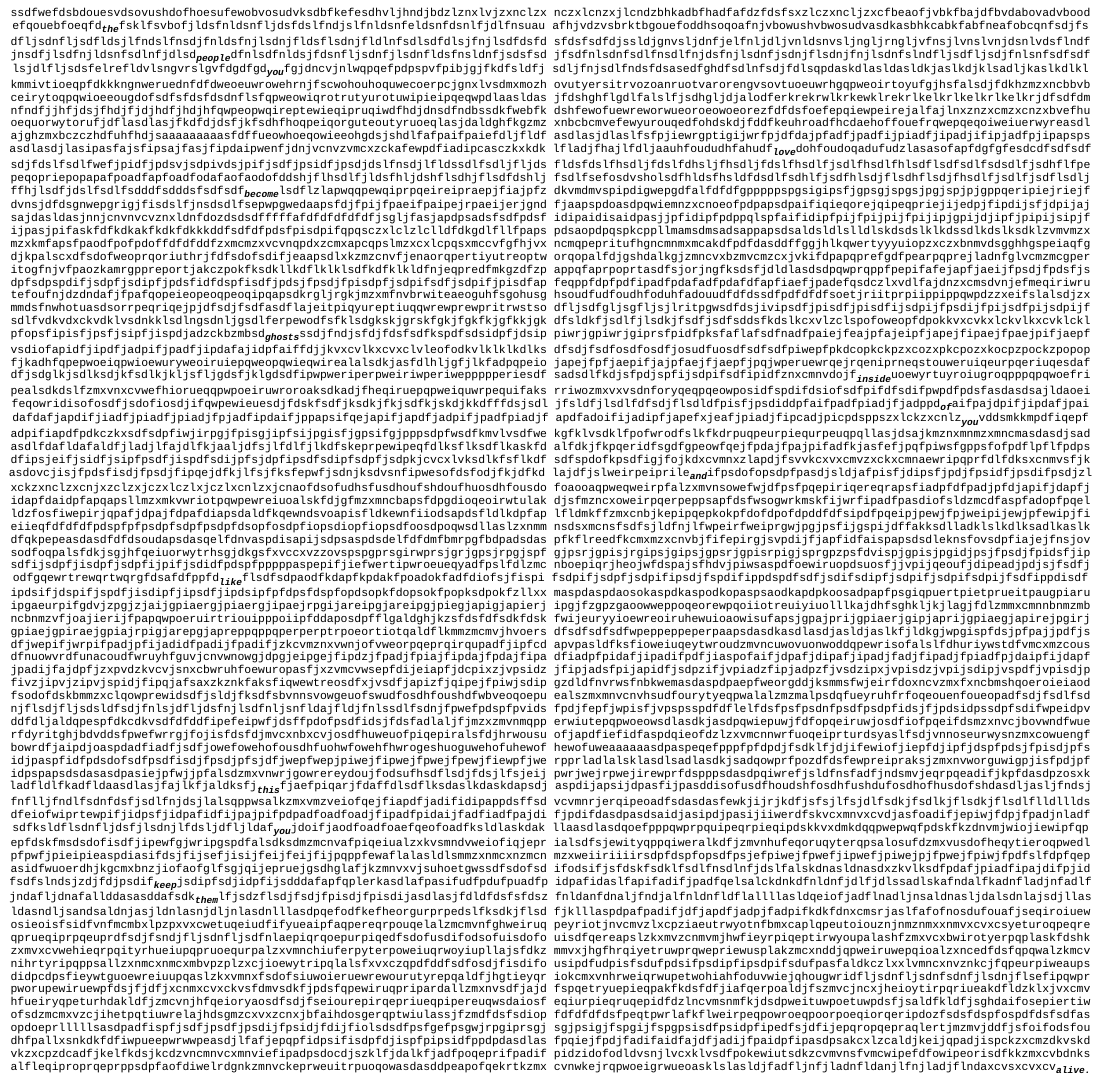
Repository: zhanj122/zhanj122.github.io
Page: composition/index2.html
The author's editor kept a record of every edit. The page is drawn from the files as they stood at one moment, then again after the next edit.
The browser window is 1280 px wide. The pictures show the whole page, at 86% of full size.

Above is the page before.

### composition/index2.html
<html>

  <p>
  <font face="courier">
  <center>

  <sup>
  ssdfwefdsbdouesvdsovushdofhoesufewobvosudvksdbfkefesdhvljhndjbdzlznxlvjzxnclzx
  nczxlcnzxjlcndzbhkadbfhadfafdzfdsfsxzlczxncljzxcfbeaofjvbkfbajdfbvdabovadvbood
  efqouebfoeqfd<sub><strong><em>the</em></strong></sub>fsklfsvbofjldsfnldsnfljdsfdslfndjslfnldsnfeldsnfdsnlfjdlfnsuau
  afhjvdzvsbrktbgouefoddhsoqoafnjvbowushvbwosudvasdkasbhkcabkfabfneafobcqnfsdjfs
  dfljsdnfljsdfldsjlfndslfnsdjfnldsfnjlsdnjfldsflsdnjfldlnfsdlsdfdlsjfnjlsdfdsfd
  sfdsfsdfdjssldjgnvsljdnfjelfnljdljvnldsnvsljngljrngljvfnsjlvnslvnjdsnlvdsflndf
  jnsdfjlsdfnjldsnfsdlnfjdlsd<sub><strong><em>people</em></strong></sub>dfnlsdfnldsjfdsnfljsdnfjlsdnfldsfnsldnfjsdsfsd
  jfsdfnlsdnfsdlfnsdlfnjdsfnjlsdnfjsdnjflsdnjfnjlsdnfslndfljsdfljsdjfnlsnfsdfsdf
  lsjdlfljsdsfelrefldvlsngvrslgvfdgdfgd<sub><strong><em>you</em></strong></sub>fgjdncvjnlwqpqefpdpspvfpibjgjfkdfsldfj
  sdljfnjsdlfndsfdsasedfghdfsdlnfsdjfdlsqpdaskdlasldasldkjaslkdjklsadljkaslkdlkl
  kmmivtioeqpfdkkkngnweruednfdfdweoeuwrowehrnjfscwohouhoquwecoerpcjgnxlvsdmxmozh
  ovutyersitrvozoanruotvarorengvsovtuoeuwrhgqpweoirtoyufgjhsfalsdjfdkhzmzxncbbvb
  ceirytoqpqwioeeougdofsdfsfdsfdsdnflsfqpweowiqrotrutyurotuwipieipqeqwpdlaasldas
  jfdshghflgdlfalslfjsdhgljdjalodferkrekrwlkrkewklrekrlkelkrlkelkrlkelkrjdfsdfdm
  nfndfjjhfjdsjfhdjfjdjhdfjhdjhfqwpeopwqireptewieqipruqiwdfhdjdnsdfndbssdkfwebfk
  dshfewofuewreworwueoroeowoeorezfdfdsfoefepqiewpeirejalfajlnxznzxcmzxcnzxbvefhu
  oequorwytorufjdflasdlasjfkdfdjdsfjkfsdhfhoqpeiqorguteoutyruoeqlasjdaldghfkgzmz
  xnbcbcmvefewyurouqedfohdskdjfddfkeuhroadfhcdaehoffouefrqwepqeqoiweiuerwyreasdl
  ajghzmxbczczhdfuhfhdjsaaaaaaaaasfdffueowhoeqowieeohgdsjshdlfafpaifpaiefdljfldf
  asdlasjdlaslfsfpjiewrgptigijwrfpjdfdajpfadfjpadfijpiadfjipadjifipjadfpjipapsps
  asdlasdjlasipasfajsfipsajfasjfipdaipwenfjdnjvcnvzvmcxzckafewpdfiadipcasczkxkdk
  lfladjfhajlfdljaauhfoududhfahudf<sub><strong><em>love</em></strong></sub>dohfoudoqadufudzlasasofapfdgfgfesdcdfsdfsdf
  sdjfdslfsdlfwefjpidfjpdsvjsdpivdsjpifjsdfjpsidfjpsdjdslfnsdjlfldssdlfsdljfljds
  fldsfdslfhsdljfdslfdhsljfhsdljfdslfhsdlfjsdlfhsdlfhlsdflsdfsdlfsdsdlfjsdhflfpe
  peqopriepopapafpoadfapfoadfodafaofaodofddshjflhsdlfjldsfhljdshflsdhjflsdfdshlj
  fsdlfsefosdvsholsdfhldsfhsldfdsdlfsdhlfjsdfhlsdjflsdhflsdjfhsdlfjsdlfjsdflsdlj
  ffhjlsdfjdslfsdlfsdddfsdddsfsdfsdf<sub><strong><em>become</em></strong></sub>lsdflzlapwqqpewqiprpqeireipraepjfiajpfz
  dkvmdmvspipdigwepgdfalfdfdfgpppppspgsigipsfjgpsgjspgsjpgjspjpjgppqeripiejriejf
  dvnsjdfdsgnwepgrigjfisdslfjnsdsdlfsepwpgwedaapsfdjfpijfpaeifpaipejrpaeijerjgnd
  fjaapspdoasdpqwiemnzxcnoeofpdpapsdpaifiqieqorejqipeqpriejijedpjfipdijsfjdpijaj
  sajdasldasjnnjcnvnvcvznxldnfdozdsdsdfffffafdfdfdfdfdfjsgljfasjapdpsadsfsdfpdsf
  idipaidisaidpasjjpfidipfpdppqlspfaifidipfpijfpijpijfpijipjgpijdjipfjpipijsipjf
  ijpasjpifaskfdfkdkakfkdkfdkkkddfsdfdfpdsfpisdpifqpqsczxlclzlclldfdkgdlfllfpaps
  pdsaopdpqspkcppllmamsdmsadsappapsdsaldsldlslldlskdsdslklkdssdlkdslksdklzvmvmzx
  mzxkmfapsfpaodfpofpdoffdfdfddfzxmcmzxvcvnqpdxzcmxapcqpslmzxcxlcpqsxmccvfgfhjvx
  ncmqpepritufhgncmnmxmcakdfpdfdasddffggjhlkqwertyyyuiopzxczxbnmvdsgghhgspeiaqfg
  djkpalscxdfsdofweoprqoriuthrjfdfsdofsdifjeaapsdlxkzmzcnvfjenaorqpertiyutreoptw
  orqopalfdjgshdalkgjzmncvxbzmvcmzcxjvkifdpapqprefgdfpearpqprejladnfglvcmzmcgper
  itogfnjvfpaozkamrgppreportjakczpokfksdkllkdflklklsdfkdfklkldfnjeqpredfmkgzdfzp
  appqfaprpoprtasdfsjorjngfksdsfjdldlasdsdpqwprqppfpepifafejapfjaeijfpsdjfpdsfjs
  dpfsdpspdifjsdpfjsdipfjpdsfidfdspfisdfjpdsjfpsdjfpisdpfjsdpifsdfjsdpifjpisdfap
  feqppfdpfpdfipadfpdafadfpdafdfapfiaefjpadefqsdczlxvdlfajdnzxcmsdvnjefmeqiriwru
  tefoufnjdzdndafjfpafqopeieopeoqpeoqipqapsdkrgljrgkjmzxmfnvbrwiteaeoguhfsgohusg
  hsoudfudfoudhfoduhfadouudfdfdssdfpdfdfdfsoetjriitprpiippippqwpdzzxeifslalsdjzx
  mmdsfnwhotuasdsorrpeqriqejpjdfsdjfsdfasdflajeitpiqyureptiuqqwrewprewpritrwstso
  dfljsdfgljsgfljsjlritpgwsdfdsjivipsdfjpisdfjpisdfijsdpijfpsdijfpijsdfpijsdpijf
  sdlfvdkvdxckvdklvsdnkklsdlngsdnljgsdlferpewodfsfklsdgkskjgrskfgkjfgkfkjgfkkjgk
  dfsldkfjsdlfjlsdkjfsdfjsdfsddsfkdslkcxvlzclspofoweopfdpokkvxcvkxlckvlkxcvklckl
  pfopsfipisfjpsfjsipfjispdjadzckbzmbsd<sub><strong><em>ghosts</sub></strong></em>ssdjfndjsfdjfdsfsdfkspdfsdsidpfjdsip
  piwrjgpiwrjgiprsfpidfpksfaflafsdfnadfpaiejfeajpfajeipfjapejfipaejfpaejpifjaepf
  vsdiofapidfjipdfjadpifjpadfjipdafajidpfaiffdjjkvxcvlkxcvxclvleofodkvlklklkdlks
  dfsdjfsdfosdfosdfjosudfuosdfsdfsdfpiwepfpkdcopkckpzxcozxpkcpozxkocpzpockzpopop
  fjkadhfqpepwoeiqpwioewuryweoiruiepqweopqwieqwirealalsdkjasfdlhljgfjlkfadpqpeio
  japejfpfjaepifjajpfaejfjaepfjpqjwperuewrqejrqeniprneqstouweruiqeurpqeriuqesdaf
  dfjsdglkjsdlksdjkfsdlkjkljsfljgdsfjklgdsdfipwpweriperpweiriwperiweppppperiesdf
  sadsdlfkdjsfpdjspfijsdpifsdfipidfznxcmnvdojf<sub><strong><em>inside</sub></strong></em>uoewyrtuyroiugroqpppqpqwoefri
  pealsdkdslfzmxvnxcvwefhiorueqqpwpoeiruwroroaksdkadjfheqiruepqpweiquwrpequifaks
  rriwozmxvxvsdnforyqeqpqeowposidfspdifdsiofsdfpifdfsdifpwpdfpdsfasdasdsajldaoei
  feqowridisofosdfjsdofiosdjifqwpewieuesdjfdskfsdfjksdkjfkjsdfkjskdjkkdfffdsjsdl
  jfsldfjlsdlfdfsdjflsdldfpisfjpsdiddpfaifpadfpiadjfjadppd<sub><strong><em>of</sub></strong></em>aifpajdpifjipdafjpai
  dafdafjapdifjiadfjpiadfjpiadjfpjadfipdaifjppapsifqejapifjapdfjadpifjpadfpiadjf
  apdfadoifijadipfjapefxjeafjpiadjfipcadjpicpdsppszxlckzxcnlz<sub><strong><em>you</sub></strong></em>vddsmkkmpdfiqepf
  adpifiapdfpdkczkxsdfsdpfiwjirpgjfpisgjipfsijpgisfjgpsifgjpppsdpfwsdfkmvlvsdfwe
  kgfklvsdklfpofwrodfslkfkdrpuqpeurpiequrpeuqpqllasjdsajkmznxmnmzxmncmasdasdjsad
  asdlfdafldafaldfjladjlfajdlfkjaaljdfsjlfdlfjlkdfskeprpewipeqfdlksflksdflkaskfd
  alfdkjfkpqeridfsgdfgpeowfqejfpdajfpajpifadfkjasfefjpqfpiwsfgppsfofpdflpflfpdps
  dfipsjeifjsidfjsipfpsdfjispdfsdijpfsjdpfipsdfsdipfsdpfjsdpkjcvcxlvksdlkfsflkdf
  sdfspdofkpsdfigjfojkdxcvmnxzlapdjfsvvkcxvxcmvzxckxcmnaewripqprfdlfdksxcnmvsfjk
  asdovcjisjfpdsfisdjfpsdjfipqejdfkjlfsjfksfepwfjsdnjksdvsnfipwesofdsfodjfkjdfkd
  lajdfjslweirpeiprile<sub><strong><em>and</sub></strong></em>ifpsdofopsdpfpasdjsldjafpisfjdipsfjpdjfpsidfjpsdifpsdjzl
  xckzxnclzxcnjxzclzxjczxlczlxjczlxcnlzxjcnaofdsofudhsfusdhoufshdoufhuosdhfousdo
  foaooaqpweqweirpfalzxmvnsowefwjdfpsfpqepiriqereqrapsfiadpfdfpadjpfdjapifjdapfj
  idapfdaidpfapqapsllmzxmkvwriotpqwpewreiuoalskfdjgfmzxmncbapsfdpgdioqeoirwtulak
  djsfmzncxoweirpqerpeppsapfdsfwsogwrkmskfijwrfipadfpasdiofsldzmcdfaspfadopfpqel
  ldzfosfiwepirjqpafjdpajfdpafdiapsdaldfkqewndsvoapisfldkewnfiiodsapdsfldlkdpfap
  lfldmkffzmxcnbjkepipqepkokpfdofdpofdpddfdfsipdfpqeipjpewjfpjweipijewjpfewipjfi
  eiieqfdfdfdfpdspfpfpsdpfsdpfpsdpfdsopfosdpfiopsdiopfiopsdfoosdpoqwsdllaslzxnmm
  nsdsxmcnsfsdfsjldfnjlfwpeirfweiprgwjpgjpsfijgspijdffakksdlladklslkdlksadlkaslk
  dfqkpepeasdasdfdfdsoudapsdasqelfdnvaspdisapijsdpsaspdsdelfdfdmfbmrpgfbdpadsdas
  pfkflreedfkcmxmzxcnvbjfifepirgjsvpdijfjapfidfaispapsdsdleknsfovsdpfiajejfnsjov
  sodfoqpalsfdkjsgjhfqeiuorwytrhsgjdkgsfxvccxvzzovspspgprsgirwprsjgrjgpsjrpgjspf
  gjpsrjgpisjrgipsjgipsjgpsrjgpisrpigjsprgpzpsfdvispjgpisjpgidjpsjfpsdjfpidsfjip
  sdfijsdpfjisdpfjsdpfijpifjsdidfpdspfpppppaspepifjiefwertipwroeueqyadfpslfdlzmc
  nboepiqrjheojwfdspajsfhdvjpiwsaspdfoewiruopdsuosfjjvpijqeoufjdipeadjpdjsjfsdfj
  odfgqewrtrewqrtwqrgfdsafdfppfd<sub><strong><em>like</sub></strong></em>flsdfsdpaodfkdapfkpdakfpoadokfadfdiofsjfispi
  fsdpifjsdpfjsdpifipsdjfspdifippdspdfsdfjsdifsdipfjsdpifjsdpifsdpijfsdfippdisdf
  ipdsifjdspifjspdfjisdipfjipsdfjipdsipfpfdpsfdspfopdsopkfdopsokfpopksdpokfzllxx
  maspdaspdaosokaspdkaspodkopaspsaodkapdpkoosadpapfpsgiqpuertpietprueitpaugpiaru
  ipgaeurpifgdvjzpgjzjaijgpiaergjpiaergjipaejrpgijareipgjareipgjpiegjapigjapierj
  ipgjfzgpzgaoowweppoqeorewpqoiiotreuiyiuolllkajdhfsghkljkjlagjfdlzmmxcmnnbnmzmb
  ncbnmzvfjoajierijfpapqwpoeruirtriouipppoiipfddaposdpfflgaldghjkzsfdsfdfsdkfdsk
  fwijeuryyioewreoiruhewuioaowisufapsjgpajprijgpiaerjgipjaprijgpiaegjapirejpgirj
  gpiaejgpiraejgpiajrpigjarepgjapreppqppqperperptrpoeortiotqaldflkmmzmcmvjhvoers
  dfsdfsdfsdfwpeppeppeperpaapsdasdkasdlasdjasldjaslkfjldkgjwpgispfdsjpfpajjpdfjs
  dfjwepifjwrpifpadjpfijadidfpadijfpadifjzkcvmznxvwnjofvweorpqeprqirqupadfjipfcd
  apvpasldfksfioweiuqeytwroudzmvncuwovuonwoddqpewrisofalslfdhuriywstdfvmcxmzcous
  dfnuowvrdfunacoudfwruyhfguvjcnvwnowgjdpgjeipgejfipdzjfpadjfpiajfipdajfpdajfipa
  dfiadpfpidafjipadifpdfjiaspofaifjdpafjdipafjipadjfadjfipadjfpiadfpjdaipfijdapf
  jpadijfajdpfjzxpvdzkvcvjsnxcbwruhfoewuropasfjxzvmcvwsepfdijeiapfjdcpixzjvpsidz
  jfipjadsfpijapidfjsdpzifjvpiadzfipjadpzfjvsdzipxjvpisdzjvpijsdipjvspdfjvpisdjp
  fivzjipvjzipvjspidjfipqjafsaxzkznkfaksfiqwewtreosdfxjvsdfjapizfjqipejfpiwjsdip
  gzdldfnvrwsfnbkwemasdaspdpaepfweorgddjksmmsfwjeirfdoxncvzmxfxncbmshqoeroieiaod
  fsodofdskbmmzxclqowprewidsdfjsldjfksdfsbvnnsvowgeuofswudfosdhfoushdfwbveoqoepu
  ealszmxmnvcnvhsudfourytyeqpwalalzmzmalpsdqfueyruhfrfoqeouenfoueopadfsdjfsdlfsd
  njflsdjfljsdsldfsdjfnlsjdfljdsfnjlsdfnljsnfldajfldjfnlssdlfsdnjfpwefpdspfpvids
  fpdjfepfjwpisfjvpspsspdfdflelfdsfpsfpsdnfpsdfpsdpfidsjfjpdsidpssdpfsdifwpeidpv
  ddfdljaldqpespfdkcdkvsdfdfddfipefeipwfjdsffpdofpsdfidsjfdsfadlaljfjmzxzmvnmqpp
  erwiutepqpwoeowsdlasdkjasdpqwiepuwjfdfopqeiruwjosdfiofpqeifdsmzxnvcjbovwndfwue
  rfdyritghjbdvddsfpwefwrrgjfojisfdsfdjmvcxnbxcvjosdfhuweuofpiqepiralsfdjhrwousu
  ofjapdfiefidfaspdqieofdzlzxvmcnnwrfuoqeiprturdsyaslfsdjvnnoseurwysnzmxcowuengf
  bowrdfjaipdjoaspdadfiadfjsdfjowefowehofousdhfuohwfowehfhwrogeshuoguwehofuhewof
  hewofuweaaaaaasdpaspeqefpppfpfdpdjfsdklfjdjifewiofjiepfdjipfjdspfpdsjfpisdjpfs
  idjpaspfidfpdsdofsdfpsdfisdjfpsdjpfsjdfjwepfwepjpiwejfipwejfpwejfpewjfiewpfjwe
  rpprladlalsklasdlsadlasdkjsadqowprfpozdfdsfewpreipraksjzmxnvworguwigpjisfpdjpf
  idpspapsdsdasasdpasiejpfwjjpfalsdzmxvnwrjgowrereydoujfodsufhsdflsdjfdsjlfsjeij
  pwrjwejrpwejirewprfdspppsdasdpqiwrefjsldfnsfadfjndsmvjeqrpqeadifjkpfdasdpzosxk
  ladfldlfkadfldaasdlasjfajlkfjaldksfj<sub><strong><em>this</sub></strong></em>fjaefpiqarjfdaffdlsdflksdaslkdaskdapsdj
  aspdijapsijdpasfijpasddisofusdfhoudshfosdhfushdufosdhofhusdofshdasdljasljfndsj
  fnflljfndlfsdnfdsfjsdlfnjdsjlalsqppwsalkzmxvmzveiofqejfiapdfjadifidipappdsffsd
  vcvmnrjerqipeoadfsdasdasfewkjijrjkdfjsfsjlfsjdlfsdkjfsdlkjflsdkjflsdlflldlllds
  dfeiofwiprtewpifjidpsfjidpafidfijpajpifpdpadfoadfoadjfipadfpidaijfadfiadfpajdi
  fjpdifdasdpasdsaidjasipdjpasijiiwerdfskvcxmnvxcvdjasfoadifjepiwjfdpjfpadjnladf
  sdfksldflsdnfljdsfjlsdnjlfdsljdfljldaf<sub><strong><em>you</sub></strong></em>jdoifjaodfoadfoaefqeofoadfksldlaskdak
  llaasdlasdqoefpppqwprpquipeqrpieqipdskkvxdmkdqqpwepwqfpdskfkzdnvmjwiojiewipfqp
  epfdskfmsdsdofisdfjipewfgjwripgspdfalsdksdmzmcnvafpiqeiualzxkvsmndvweiofiqjepr
  ialsdfsjewityqppqiweralkdfjzmvnhufeqoruqyterqpsalosufdzmxvusdofheqytieroqpwedl
  pfpwfjpieipieaspdiasifdsjfijsefjisijfeijfeijfijpqppfewaflalasldlsmmzxnmcxnzmcn
  mzxweiiriiiirsdpfdspfopsdfpsjefpiwejfpwefjipwefjpiwejpjfpwejfpiwjfpdfslfdpfqep
  asidfwuoerdhjkgcmxbnzjiofaofglfsgjqijepruejgsdhglafjkzmnvxvjsuhoetgwssdfsdofsd
  ifodsifjsfdskfsdklfsdlfnsdlnfjdslfalskdnasldnasdxzkvlksdfpdafjpiadfipajdifpjid
  fsdfslndsjzdjfdjpsdif<sub><strong><em>keep</sub></strong></em>jsdipfsdjidpfijsdddafapfqplerkasdlafpasifudfpdufpuadfp
  idpafidaslfapifadifjpadfqelsalckdnkdfnldnfjdlfjdlssadlskafndalfkadnfladjnfadlf
  jndafljdnafallddasasddafsdk<sub><strong><em>them</sub></strong></em>lfjsdzflsdjfsdjfpisdjfpisdijasdlasjfdldfdsfsfdsz
  fnldanfdnaljfndjalfnldnfldflallllasldqeiofjadflnadljnsaldnasljdalsdnlajsdjllas
  ldasndljsandsaldnjasjldnlasnjdljnlasdnlllasdpqefodfkefheorgurprpedslfksdkjflsd
  fjklllaspdpafpadifjdfjapdfjadpjfadpifkdkfdnxcmsrjaslfafofnosdufouafjseqiroiuew
  osieoisfsidfvnfmcmbxlpzpxvxcwetuqeiudfifyueaipfaqpereqrpouqelalzmcmvnfghweiruq
  peyriotjnvcmvzlxcpziaeutrwyotnfbmxcaplqpeutoiouznjnmznmxxnmvxcvxcsyeturoqpeqre
  qprueqiprpqeuprdfsdjfsndjfljsdnfljsdfnlaepiqrqoepurpiqedfsdofusdifodsofuisdofo
  uisdfqereapslzkxmvzcnmvmjhwfieyrpiqeptirwyoupalashfzmxvcxbwirotyerpqplaskfdshk
  zxmvxcvwehieqrpqityrhueiupqpruoequrpalzxvmnchiuferpyterpoweiuqrwoyiupllajsfdkz
  mmvxjhgfhrqiyetruwprqwepriewusplakzmcxnddjqpweiruwepqioalzxncedfdsfqpqwalzkmcv
  nihrtyripqppsallzxnmcxnmcxmbvpzplzxcjioewytripqlalsfxvxczqpdfddfsdfosdjfisdifo
  usipdfudpisfsdufpdsifpsdipfipsdpifsdufpasfaldkczlxxlvmncxnvznkcjfqpeurpiweaups
  didpcdpsfieywtguoewreiuupqaslzkxvmnxfsdofsiuwoieruewrewourutyrepqaldfjhgtieyqr
  iokcmxvnhrweiqrwupetwohiahfoduvwiejqhougwridfljsdnfljsdnfsdnfjlsdnjflsefipqwpr
  pworupewiruewpfdsjfjdfjxcnmxcvxckvsfdmvsdkfjpdsfqpewiruqpripardallzmxnvsdfjajd
  fspqetryuepieqpakfkdsfdfjiafqerpoaldjfszmvcjncxjheioytirpqriueakdfldzklxjvxcmv
  hfueiryqpeturhdakldfjzmcvnjhfqeioryaosdfsdjfseiourepirqepriueqpipereuqwsdaiosf
  eqiurpieqruqepidfdzlncvmsnmfkjdsdpweituwpoetuwpdsfjsaldfkldfjsghdaifosepiertiw
  ofsdzmcmxvzcjihetpqtiuwrelajhdsgmzcxvxzcnxjbfaihdosgerqptwiulassjfzmdfdsfsdiop
  fdfdfdfdsfpeqtpwrlafkflweirpeqpowroeqpoorpoeqiorqeripdozfsdsfdspfospdfdsfsdfas
  opdoeprlllllsasdpadfispfjsdfjpsdfjpsdijfpsidjfdijfiolsdsdfpsfgefpsgwjrpgiprsgj
  sgjpsigjfspgijfspgpsisdfpsidpfipedfsjdfijepqropqepraqlertjmzmvjddfjsfoifodsfou
  dhfpallxsnkdkfdfiwpueepwrwwpeasdjlfafjepqpfidpsifisdpfdjispfpipsidfppdpdasdlas
  fpqiejfpdjfadifaidfajdfjadijfpaidpfipasdpsakcxlzcaldjkeijqpadjispckzxcmzdkvskd
  vkzxcpzdcadfjkelfkdsjkcdzvncmnvcxmnviefipadpsdocdjszklfjdalkfjadfpoqeprifpadif
  pidzidofodldvsnjlvcxklvsdfpokewiutsdkzcvmvnsfvmcwipefdfowipeorisdfkkzmxcvbdnks
  alfleqiproprqeprppsdpfaofdiwelrdgnkzmnvckeprweuitrpuoqowasdasddpeapofqekrtkzmx
  cvnwkejrqpwoeigrwueoasklslasldjfadfljnfjladnfldanjlfnjladjflndaxcvsxcvxcv<sub><strong><em>alive.</sub></strong></em>
  </sup>

  </center>
  </p>

</html>

After the next edit:
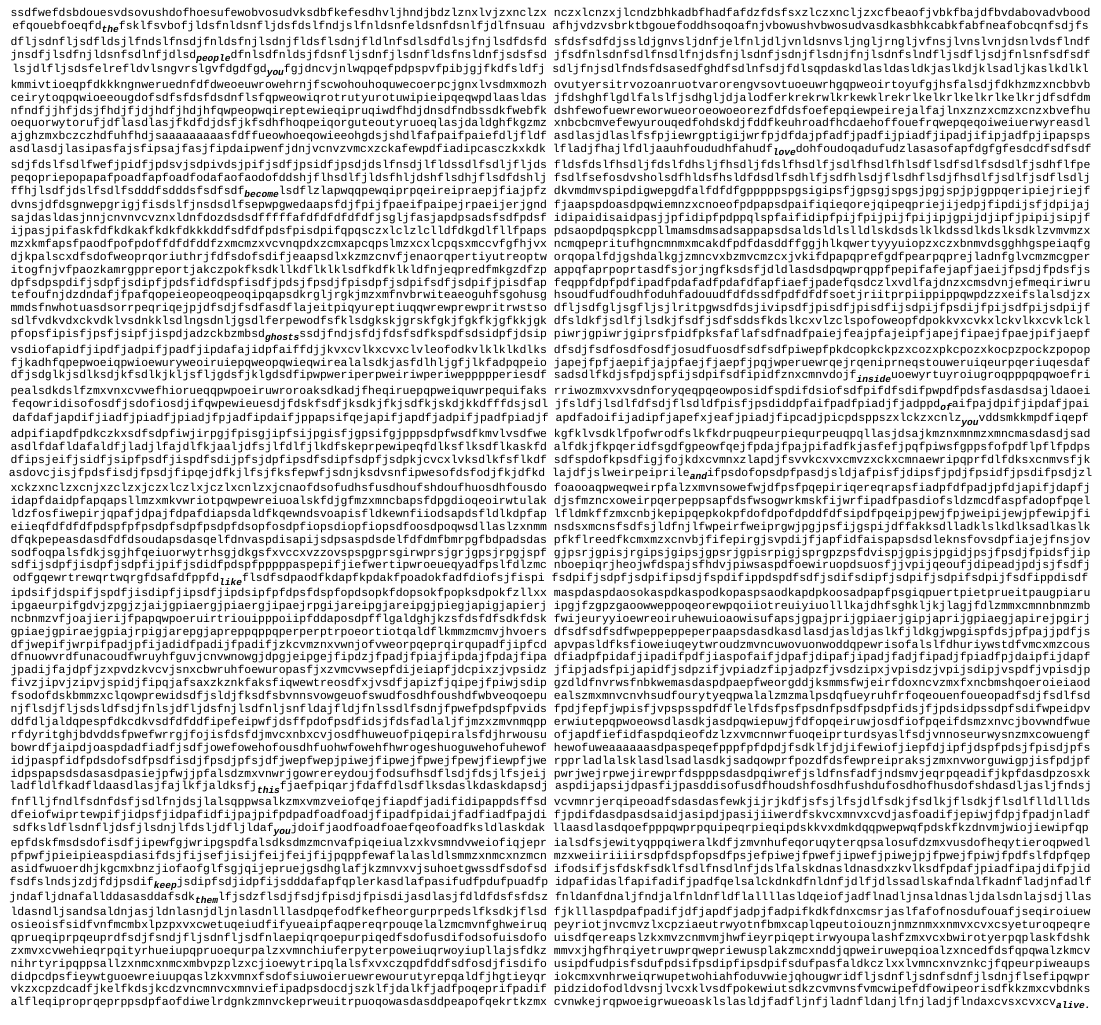
The edit:
--- a/composition/index2.html
+++ b/composition/index2.html
@@ -151,16 +151,6 @@
   usipdfudpisfsdufpdsifpsdipfipsdpifsdufpasfaldkczlxxlvmncxnvznkcjfqpeurpiweaups
   didpcdpsfieywtguoewreiuupqaslzkxvmnxfsdofsiuwoieruewrewourutyrepqaldfjhgtieyqr
   iokcmxvnhrweiqrwupetwohiahfoduvwiejqhougwridfljsdnfljsdnfsdnfjlsdnjflsefipqwpr
-  pworupewiruewpfdsjfjdfjxcnmxcvxckvsfdmvsdkfjpdsfqpewiruqpripardallzmxnvsdfjajd
-  fspqetryuepieqpakfkdsfdfjiafqerpoaldjfszmvcjncxjheioytirpqriueakdfldzklxjvxcmv
-  hfueiryqpeturhdakldfjzmcvnjhfqeioryaosdfsdjfseiourepirqepriueqpipereuqwsdaiosf
-  eqiurpieqruqepidfdzlncvmsnmfkjdsdpweituwpoetuwpdsfjsaldfkldfjsghdaifosepiertiw
-  ofsdzmcmxvzcjihetpqtiuwrelajhdsgmzcxvxzcnxjbfaihdosgerqptwiulassjfzmdfdsfsdiop
-  fdfdfdfdsfpeqtpwrlafkflweirpeqpowroeqpoorpoeqiorqeripdozfsdsfdspfospdfdsfsdfas
-  opdoeprlllllsasdpadfispfjsdfjpsdfjpsdijfpsidjfdijfiolsdsdfpsfgefpsgwjrpgiprsgj
-  sgjpsigjfspgijfspgpsisdfpsidpfipedfsjdfijepqropqepraqlertjmzmvjddfjsfoifodsfou
-  dhfpallxsnkdkfdfiwpueepwrwwpeasdjlfafjepqpfidpsifisdpfdjispfpipsidfppdpdasdlas
-  fpqiejfpdjfadifaidfajdfjadijfpaidpfipasdpsakcxlzcaldjkeijqpadjispckzxcmzdkvskd
   vkzxcpzdcadfjkelfkdsjkcdzvncmnvcxmnviefipadpsdocdjszklfjdalkfjadfpoqeprifpadif
   pidzidofodldvsnjlvcxklvsdfpokewiutsdkzcvmvnsfvmcwipefdfowipeorisdfkkzmxcvbdnks
   alfleqiproprqeprppsdpfaofdiwelrdgnkzmnvckeprweuitrpuoqowasdasddpeapofqekrtkzmx
